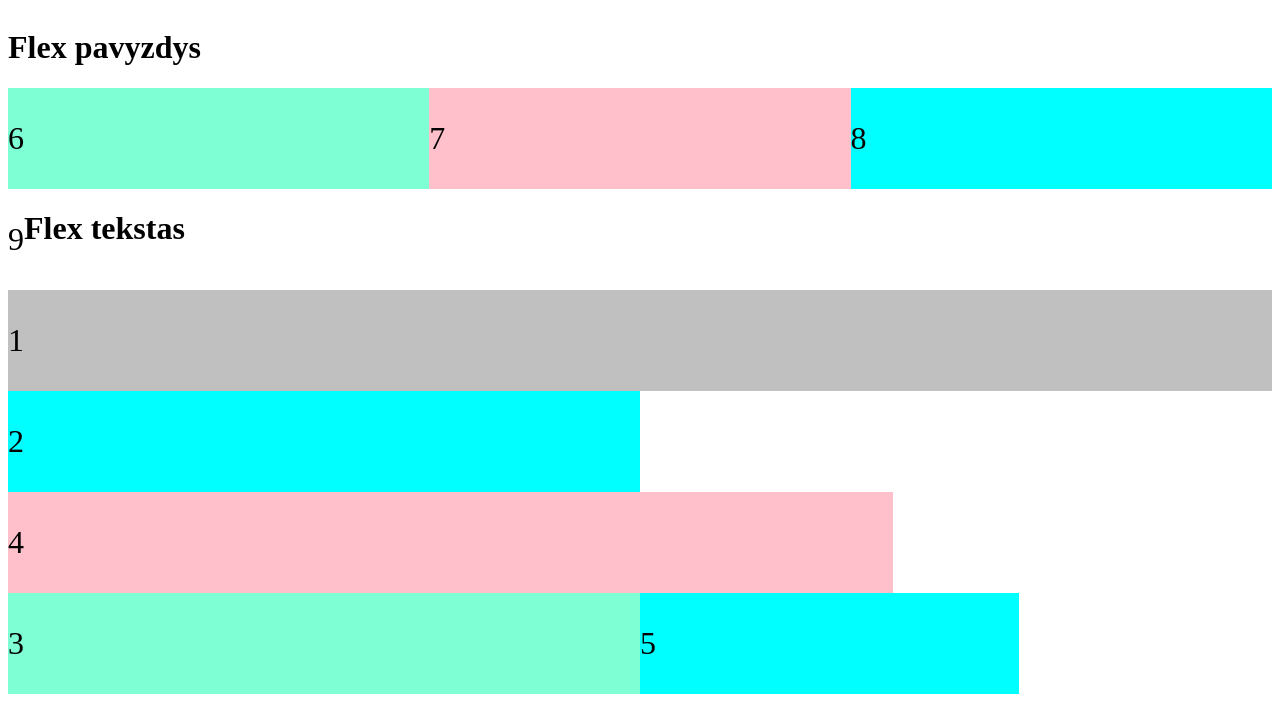
Repository: motiejus1/06-paskaita-invest
Page: index.html
An editor plug-in stored every save of this project. The page is shown before and after a run of saves, followed by the edit.
The browser window is 1280 px wide. The pictures show the whole page.

Above is the page before, as saved 2021-06-09 19:49:06.

### index.html
<!DOCTYPE html>
<html lang="en">
<head>
    <meta charset="UTF-8">
    <meta http-equiv="X-UA-Compatible" content="IE=edge">
    <meta name="viewport" content="width=device-width, initial-scale=1.0">
    <title>Sesta paskaita</title>
    <style>

* {
            box-sizing: border-box;
        }

        .col-1 {
            width: 8.33%;
        }

        .col-2 {
            width: 16.66%;
        }

        .col-3 {
            width: 25%;
        }

        .col-4 {
            width: 33.33%;
        }

        .col-5 {
            width: 41.66%;
        }

        .col-6 {
            width: 50%;
        }

        .col-7 {
            width: 58.33%;
        }

        .col-8 {
            width: 66.66%;
        }

        .col-9 {
            width:75%;
        }

        .col-10 {
            width: 83.33%;
        }

        .col-11 {
            width: 91.66%;
        }

        .col-12 {
            width: 100%;
        }

        [class*="col-"] {
            float:left;
        }


        .flex-container {
            display: flex;
            flex-direction:row;
            flex-wrap:wrap;
        }

        .flex-item-1 {
            width: 100%;
            background-color: silver;
        }

        .flex-item-2, .flex-item-3 {
            width: 50%;
        }

        .flex-item-4 {
            width: 70%;
        }

        .flex-item-5 {
            width: 30%;
        }

        .flex-item-6, .flex-item-7, .flex-item-8 {
            width: 33.33%;
        }

        .flex-item-1 {
            order: 1;
        }

        .flex-item-2 {
            order: 2;
        }

        .flex-item-3 {
            order: 3;
        }

        .flex-item-4 {
            order: 2;
        }

        .flex-item-5 {
            order: 3;
        }


        .zydra {
            background-color:aqua;
        }

        .zalsva {
            background-color: aquamarine;
        }

        .rozine {
            background-color: pink;
        }

        p {
            font-size: 32px;
        }

        @media screen and (max-width: 720px) {
            .flex-container {
                flex-direction:column;
                flex-wrap: wrap;
            }

            [class*="flex-item-"] {
                width: 100%;
            }
        }

    </style>
</head>
<body>
    <div class="container">

        <div class="row"> <!--12 stulpeliu  -->
            <div class="col-12"><!-- 12 stulpeliu -->

                <h1>Flex pavyzdys</h1>

                <!--flex -->
                <div class="flex-container">
                    <div class="flex-item-1"><p>1</p></div>
                    <div class="flex-item-2 zydra"><p>2</p></div>
                    <div class="flex-item-3 zalsva"><p>3</p></div>
                    <div class="flex-item-4 rozine"><p>4</p></div>
                    <div class="flex-item-5 zydra"><p>5</p></div>
                    <div class="flex-item-6 zalsva"><p>6</p></div>
                    <div class="flex-item-7 rozine"><p>7</p></div>
                    <div class="flex-item-8 zydra"><p>8</p></div>
                    <div class="flex-item-9"><p>9</p></div>

                    <h1 class="tekstas">Flex tekstas</h1>
                    <!--flex -->
                </div>
            </div>
        </div>




    </div>
</body>
</html>

After the next 2 saves:
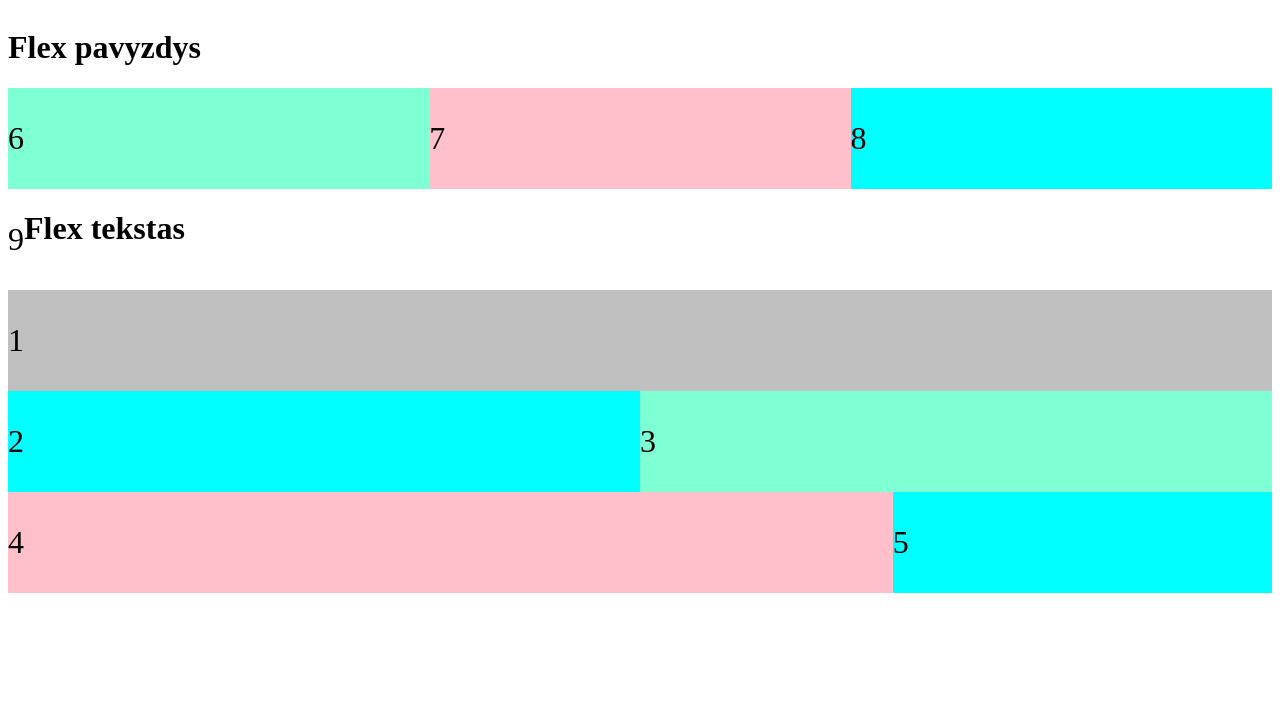
The 2 saves are shown as one change because they came seconds apart.
The last was saved 10 s later.
--- a/index.html
+++ b/index.html
@@ -104,11 +104,11 @@
         }
 
         .flex-item-4 {
-            order: 2;
+            order: 4;
         }
 
         .flex-item-5 {
-            order: 3;
+            order: 5;
         }
 
 
